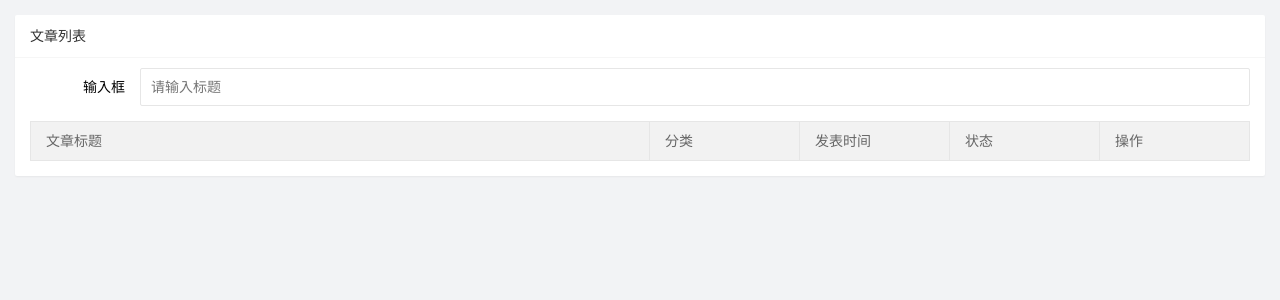
Repository: haloxxi/web_bigevent
Page: article/art-list.html
An editor plug-in stored every save of this project. The page is shown before and after the next save, followed by the edit.
The browser window is 1280 px wide. The pictures show the whole page.
The page's requests for data from a server got no answer.

Above is the page before, as saved 2022-06-29 15:34:27.
Console error: TypeError: Cannot read properties of undefined (reading 'status')

After the next save:
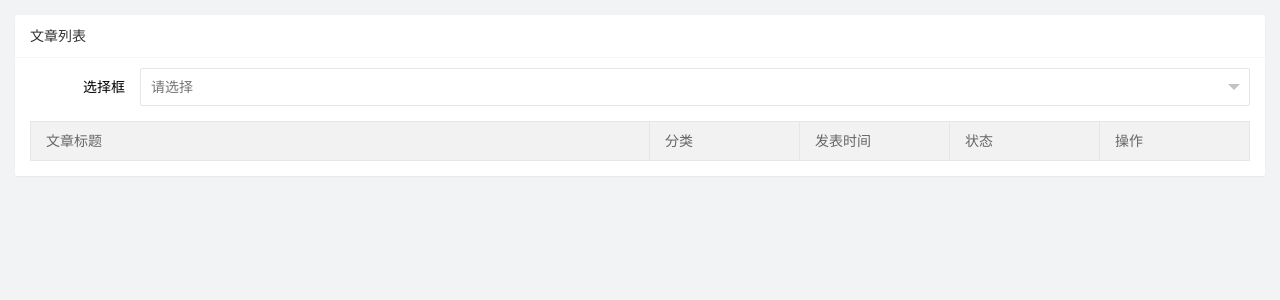
Saved 66 s later.
--- a/article/art-list.html
+++ b/article/art-list.html
@@ -18,16 +18,17 @@
             <!-- 筛选区域 -->
             <form class="layui-form" action="">
                 <div class="layui-form-item">
-                    <!-- <select name="city" lay-verify="required">
+
+                    <label class="layui-form-label">选择框</label>
+                    <div class="layui-input-block">
+                        <select name="city" lay-verify="required">
                         <option value=""></option>
                         <option value="0">北京</option>
                         <option value="1">上海</option>
                         <option value="2">广州</option>
                         <option value="3">深圳</option>
-                        <option value="4">杭州</option> -->
-                    <label class="layui-form-label">输入框</label>
-                    <div class="layui-input-block">
-                        <input type="text" name="title" required lay-verify="required" placeholder="请输入标题" autocomplete="off" class="layui-input">
+                        <option value="4">杭州</option>
+                      </select>
                     </div>
 
                 </div>
